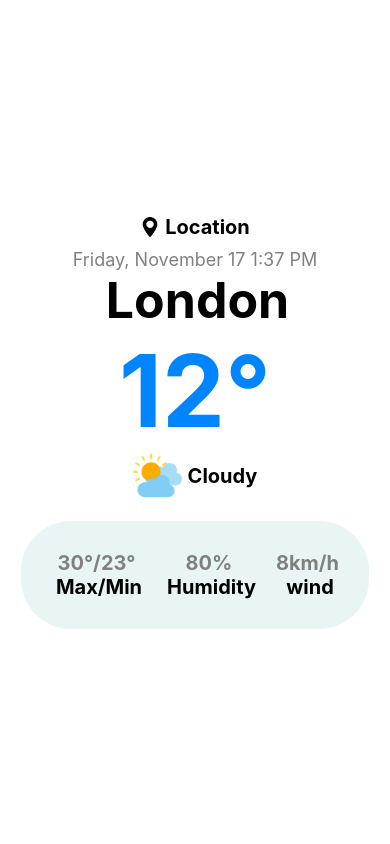
Repository: praveen080/react-native-weatherAppV1
Screen: /
An editor plug-in stored every save of this project. The screen is shown before and after the next save, followed by the edit.
The app was drawn by React Native's web renderer in a window 390 px wide. The project was rebuilt for these pictures with package versions that can differ from the ones it lists, and the page was loaded fresh each time. Also part of the build but not shown: Screens/startUp.js.

Above is the screen before, as saved 2023-11-17 14:22:52.

After the next save:
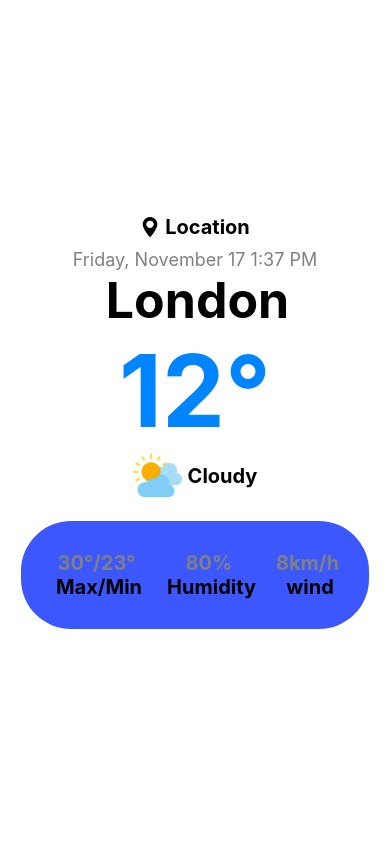
Saved 33 s later.
--- a/Screens/Home.js
+++ b/Screens/Home.js
@@ -128,10 +128,11 @@ export const styles = StyleSheet.create({
   cardText: {
     fontSize: 20,
     color: "grey",
-    fontWeight: "bold" },
+    fontWeight: "bold",
+  },
   cardFull: {
     borderRadius: 50,
-    backgroundColor: "#e9f5f4",
+    backgroundColor: "#3d57ff",
     marginTop: 20,
   },
 });
